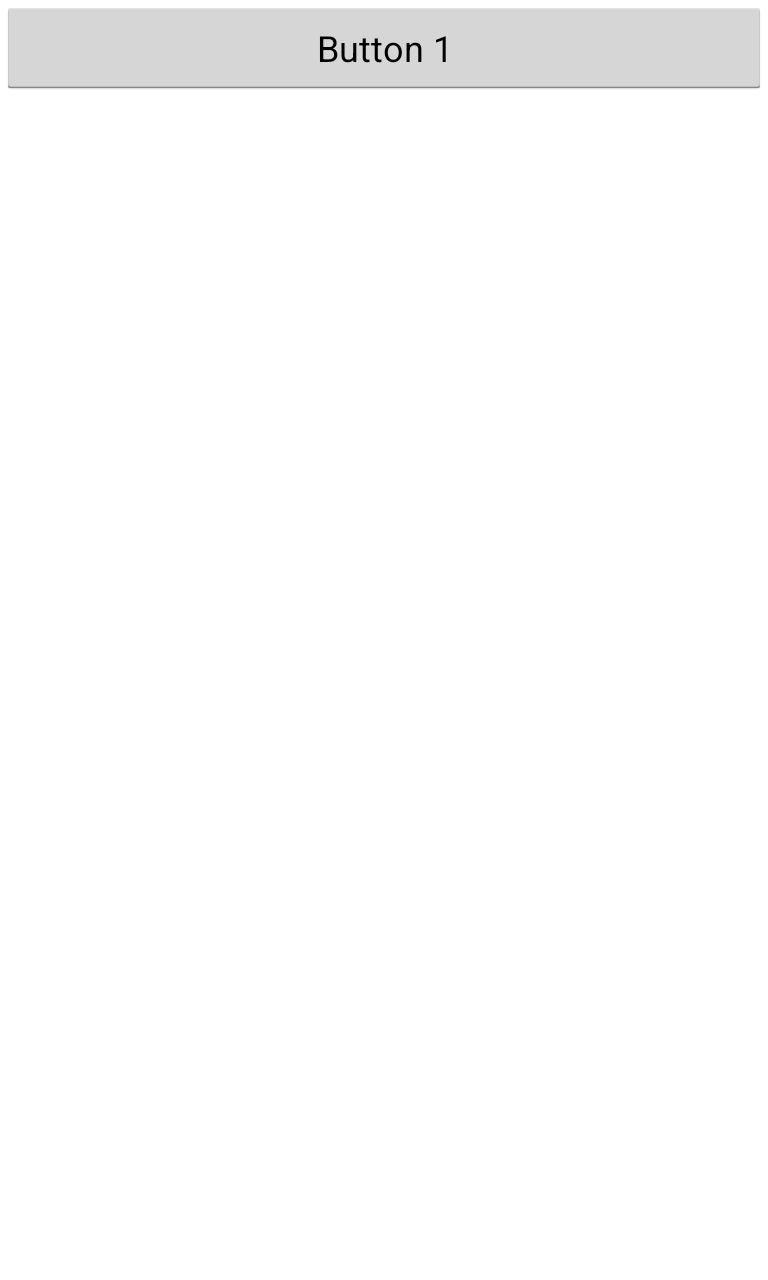
Repository: Lijianhao1995/Android
Layout: ActivityTest/res/layout/first_layout.xml
The author's editor kept a copy of each file at every save. The layout is drawn from the files as they stood at one save, then again after the next save.
It is drawn on a 768 x 1280 px phone screen (xhdpi) without system bars, with theme AppTheme; the app's code is not run.

Above is the layout before, as saved 2015-04-26 07:28:35.

After the next save:
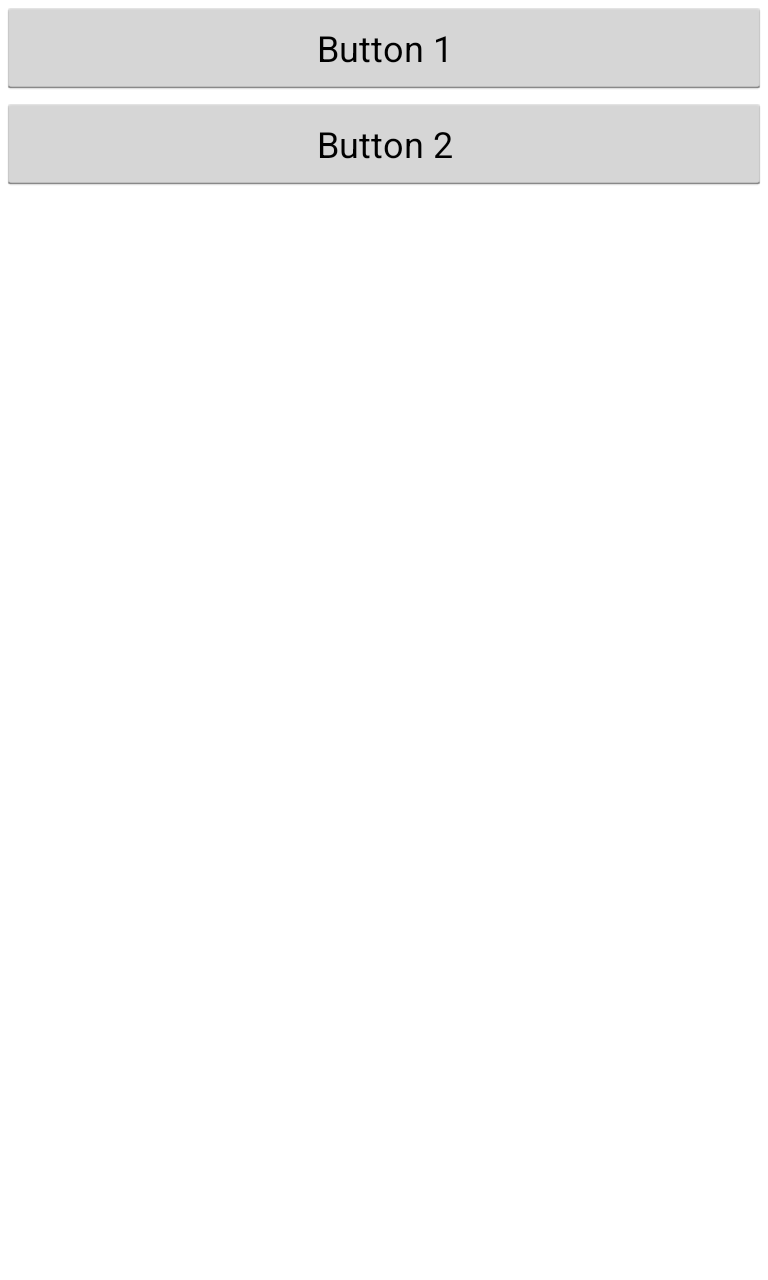
Saved 68 s later.
--- a/ActivityTest/res/layout/first_layout.xml
+++ b/ActivityTest/res/layout/first_layout.xml
@@ -11,5 +11,11 @@
         android:layout_height="wrap_content"
         android:text="Button 1"
         />
+    <Button
+        android:id="@+id/button_2"
+        android:layout_width="match_parent"
+        android:layout_height="wrap_content"
+        android:text="Button 2"
+        />
 
 </LinearLayout>

After the save that followed:
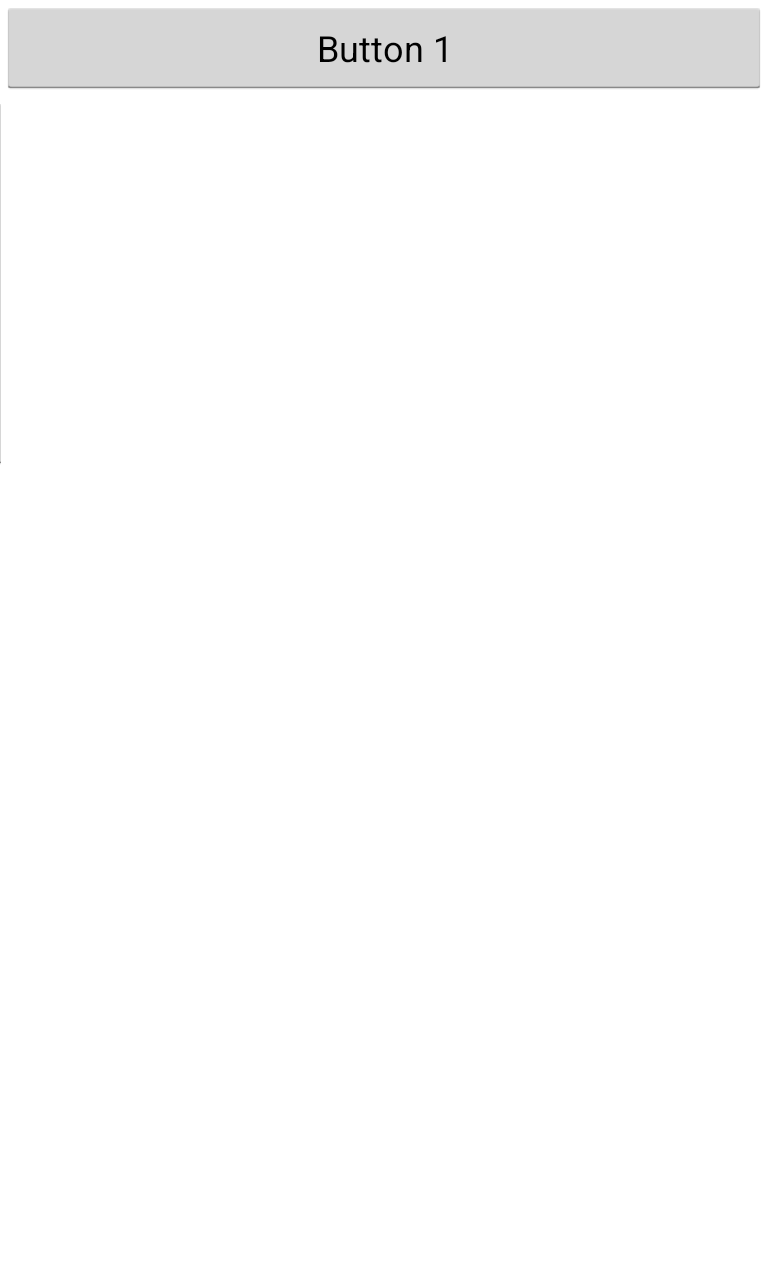
Saved 2 min 12 s later.
--- a/ActivityTest/res/layout/first_layout.xml
+++ b/ActivityTest/res/layout/first_layout.xml
@@ -13,7 +13,7 @@
         />
     <Button
         android:id="@+id/button_2"
-        android:layout_width="match_parent"
+        android:layout_width="60%"
         android:layout_height="wrap_content"
         android:text="Button 2"
         />
